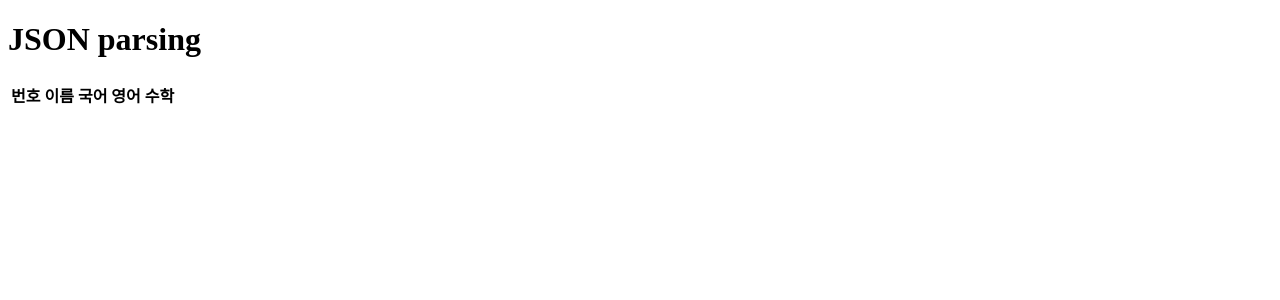
Repository: Lee-seongBeom/bitclass
Page: html08/WebContent/ex04.html
These files come from the project's save history. The page is drawn as it stood at one moment and after the next save; the edit follows.
The browser window is 1280 px wide. The pictures show the whole page.

Above is the page before, as saved 2020-07-17 08:08:58.

After the next save:
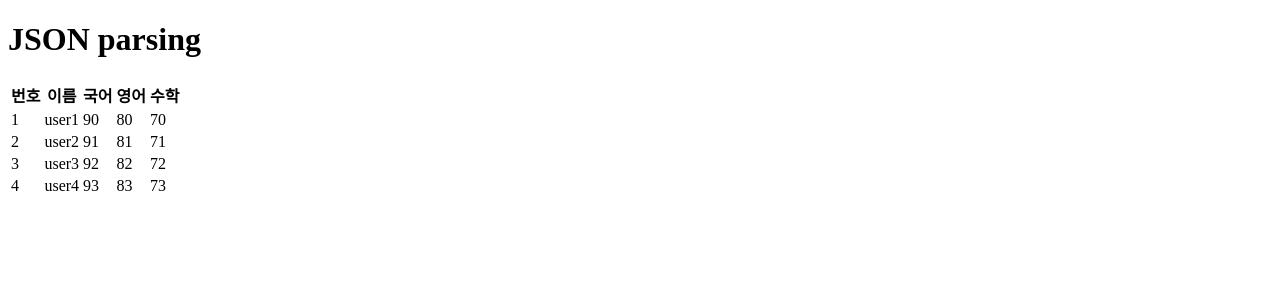
Saved 79 s later.
--- a/html08/WebContent/ex04.html
+++ b/html08/WebContent/ex04.html
@@ -17,7 +17,13 @@
 				var arr=obj.students;
 				var msg2="<tr><th>번호</th><th>이름</th><th>국어</th><th>영어</th><th>수학</th></tr>";
 				for(var i=0;i<arr.length;i++){
-
+					msg2+="<tr>";
+					msg2+="<td>"+arr[i].num+"</td>";
+					msg2+="<td>"+arr[i].name+"</td>";
+					msg2+="<td>"+arr[i].kor+"</td>";
+					msg2+="<td>"+arr[i].eng+"</td>";
+					msg2+="<td>"+arr[i].math+"</td>";
+					msg2+="</tr>";
 				}
 
 				table.innerHTML=msg2;
